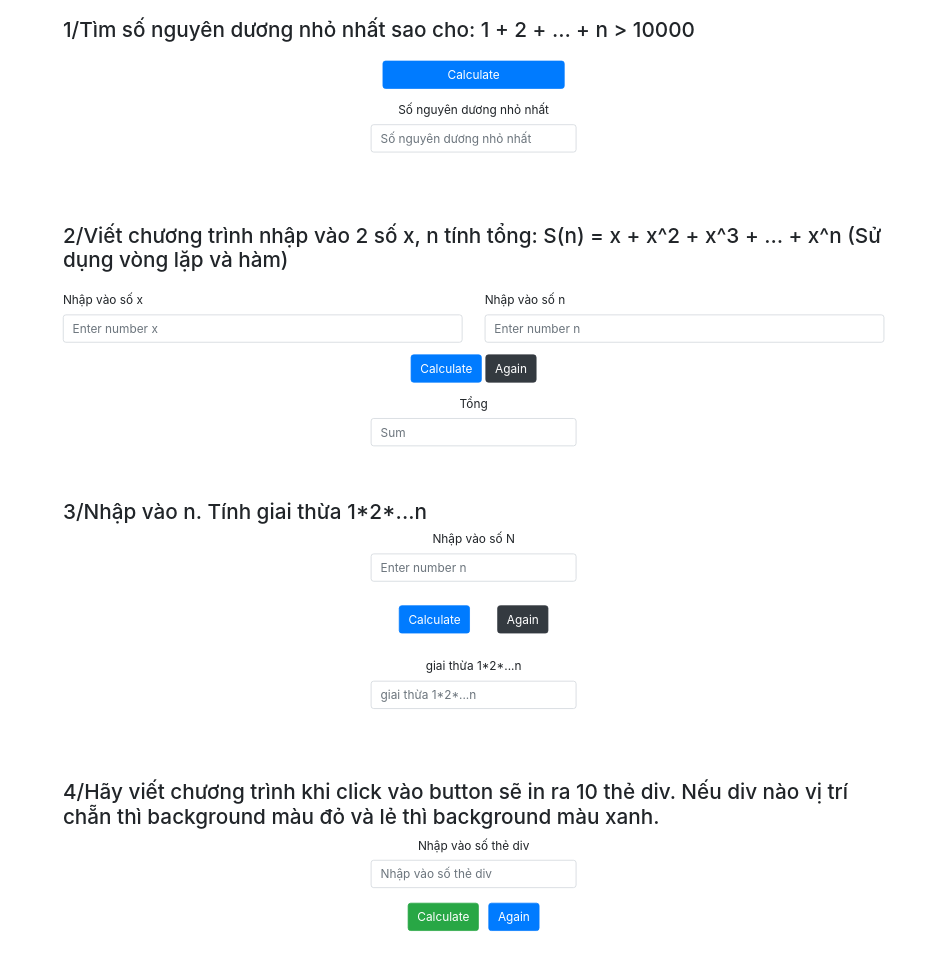
Repository: baobaodeveloper/bootcamp21__loop__HuynhAnhBao
Page: index.html
These files come from the project's save history. The page is drawn as it stood at one moment and after the next save; the edit follows.
The browser window is 1280 px wide. The pictures show the whole page, at 74% of full size.

Above is the page before, as saved 2022-03-17 19:41:29.

After the next save:
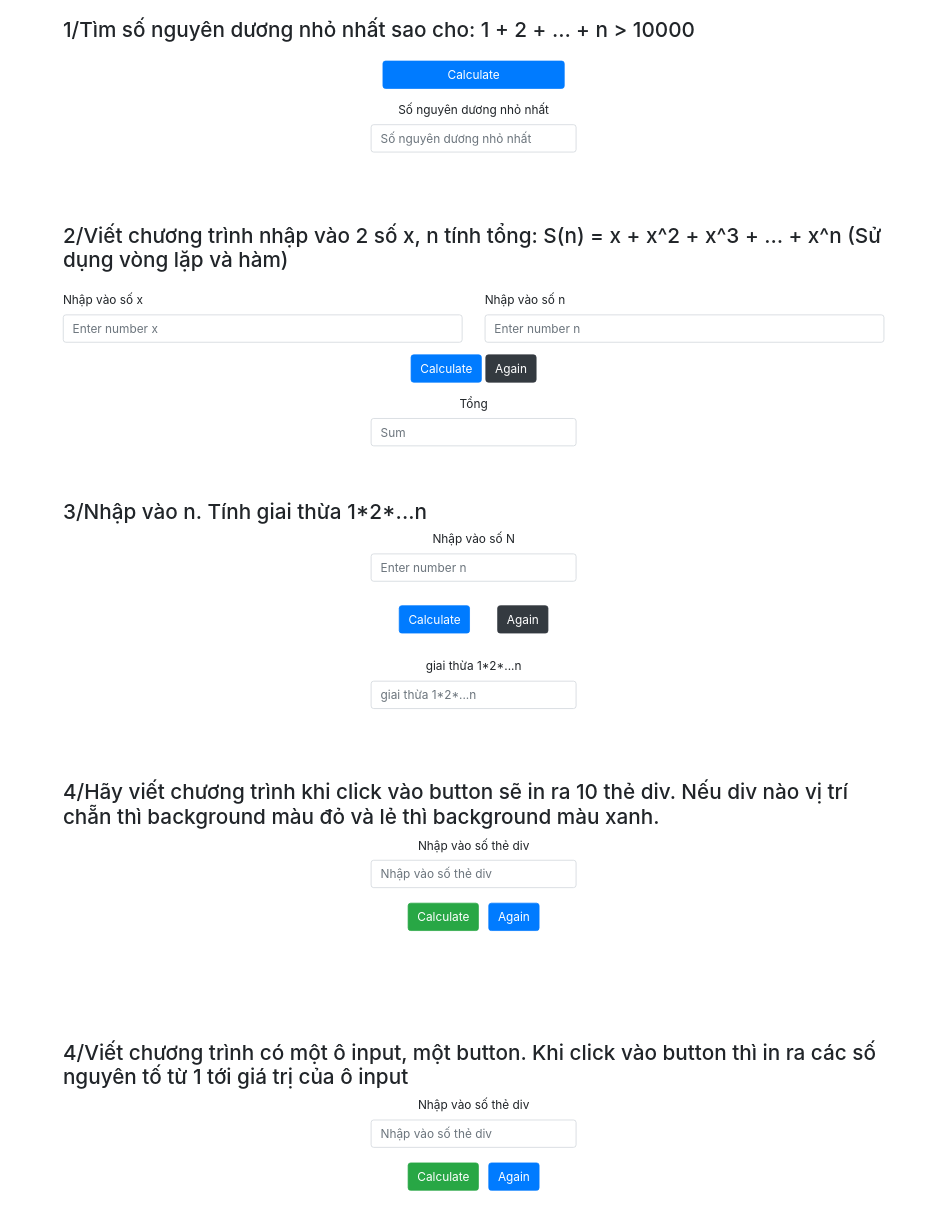
Saved 72 s later.
--- a/index.html
+++ b/index.html
@@ -155,6 +155,33 @@
 
     <!-- 5/ Viết chương trình có một ô input, một button. Khi click vào button thì in ra các số nguyên
     tố từ 1 tới giá trị của ô input-->
+    <div class="container mt-5 pt-5">
+      <h3>
+        4/Viết chương trình có một ô input, một button. Khi click vào button thì
+        in ra các số nguyên tố từ 1 tới giá trị của ô input
+      </h3>
+      <div class="mb-3 flex-md-column d-flex w-25 m-auto text-center">
+        <label class="form-label">Nhập vào số thẻ div</label>
+        <input
+          type="number"
+          class="form-control"
+          id="number-div"
+          placeholder="Nhập vào số thẻ div"
+        />
+      </div>
+      <div class="text-center mt-3">
+        <button type="button" id="creat-div" class="btn btn-success m-1">
+          Calculate
+        </button>
+        <button type="button" id="creat-div-again" class="btn btn-primary m-1">
+          Again
+        </button>
+      </div>
+      <div
+        id="result4"
+        class="mt-5 d-flex flex-column justify-content-center align-items-center"
+      ></div>
+    </div>
 
     <!-- Optional JavaScript -->
     <!-- jQuery first, then Popper.js, then Bootstrap JS -->
